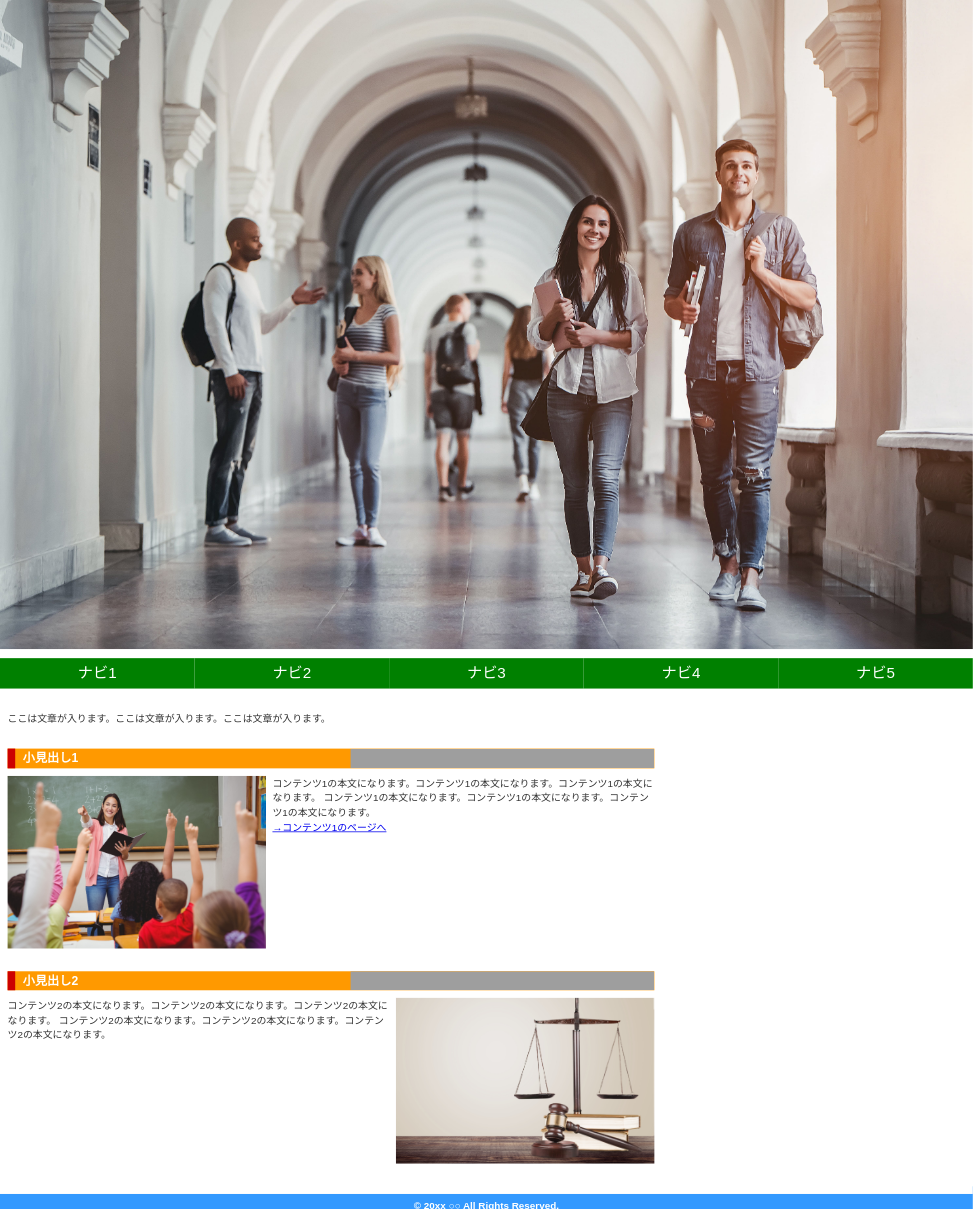
Repository: sevenseas777/samurai_HTML-CSS
Page: home.html
The author's editor kept a record of every edit. The page is drawn from the files as they stood at one moment, then again after the next edit.
The browser window is 1280 px wide. The pictures show the part of the page from y = 0 to 1591 px (the page is 1613 px tall before and 1914 px after), at 76% of full size.
Pictures or frames that could not be fetched are drawn as grey boxes.

Above is the page before.

### home.html
<!DOCTYPE html>
<html lang="ja">
    <head>
        <meta charset="UTF-8">
        <title>HTML/CSSの学習</title>
        <link rel="stylesheet" href="stylesheet.css">
    </head>
    <body>
        <div id="header">
            <h1><a href="index.html"><img id="corridor" src="images/corridor.jpg" alt="大学の廊下" /></a></h1>
        </div>
        <div id="wrapper">
            <div id="nav">
              <ul>
                <li><a href="home.html">ナビ1</a></li>
                <li><a href="#">ナビ2</a></li>
                <li><a href="#">ナビ3</a></li>
                <li><a href="#">ナビ4</a></li>
                <li><a href="#">ナビ5</a></li>
              </ul>
            </div>
            <div id="container">
              <div id="main">
                <div class="post">
                  <p>ここは文章が入ります。ここは文章が入ります。ここは文章が入ります。</p>
                  </div>
                  <div class="post clearfix">
                    <h2>小見出し1</h2>
                    <img class="left" src="images/classroom.jpg" alt="授業風景" />
                    <p>
                      コンテンツ1の本文になります。コンテンツ1の本文になります。コンテンツ1の本文になります。
                      コンテンツ1の本文になります。コンテンツ1の本文になります。コンテンツ1の本文になります。
                    </p>
                    <p><a href="#">→コンテンツ1のページへ</a></p>
                  </div>
                  <div class="post clearfix">
                    <h2>小見出し2</h2>
                    <img class="right" src="images/scale.jpg" alt="天秤" />
                    <p>
                      コンテンツ2の本文になります。コンテンツ2の本文になります。コンテンツ2の本文になります。
                      コンテンツ2の本文になります。コンテンツ2の本文になります。コンテンツ2の本文になります。
                    </p>
                  </div>

                  <p></p>
                </div>
              </div>
            </div></div>
        </div>
          <div id="footer">
            <p>&copy; 20xx ○○ All Rights Reserved.</p>
          </div>
    </body>
</html>

### stylesheet.css
@charset "utf-8";

body {
	margin: 0;
	padding: 0;
	font-family: "ヒラギノ角ゴ Pro W3", "Hiragino Kaku Gothic Pro", "メイリオ", Meiryo, Osaka, "ＭＳ Ｐゴシック", "MS PGothic", sans-serif;
	color: #333;
	font-size: 13px;
	line-height: 150%;
}

/* -------------------- wrapper -------------------- */
#wrapper {
	width: 100%;
	margin: auto;
	padding: 0px;
	border: 0px;
	background-color: #FFF;
	top: 10px;
	position: relative;
}

/* -------------------- header -------------------- */
 #header {
 	width: 100%;
}
 #header h1 {
 	 margin: 0;
	 padding: 0;
}

 #corridor {
	 width: 100%;
	 height: auto;
}
/* -------------------- footer -------------------- */
#footer {
	clear: both;
	width: 100%;
	padding: 3px 0;
	background: #39F;
	color: #FFF;
	font-weight: bold;
	text-align: center;
}
/* -------------------- nav -------------------- */
#nav {
  width: 100%;
}
#nav ul {
  display: flex;
  margin: 0;
  padding: 0;
  list-style-type: none;
}
#nav li {
/*  float: left;*/
  width: 20%;
  text-align: center;
}
#nav ul li a {
  display: block;
  height: 20px;
  margin: 0;
  padding: 10px;
  color: #FFF;
  font-size: 20px;
  text-decoration: none;
  background-color: green;
}

#nav ul li a:hover {
  filter: drop-shadow(10px 10px 10 px black);
}

/* -------------------- container -------------------- */
#container {
  width: 100%;
  margin: auto;
  padding: auto;
  padding-top: 20px;
  clear: both;
  display: grid;
  grid-template-columns:70vw 30vw;
}


/* -------------------- main -------------------- */
#main {
  width: 95%;
/*  float: lef\t;
  width: 60%; */
  padding: 10px 30px 10px 10px;
}
#main h2 {
  margin: 0 0 10px 0;
  padding: 3px 10px 3px 10px;
  color:#FFF;
  font-size: 16px;
  border-left: solid 10px #C00;
  background: #F90 url(../images/main_h2.jpg) right top repeat-y;
}
#main p {
  margin: 0;
  padding: 0;
}

#main .post {
  margin:0 0 30px 0;
}
#main .post img.right {
  margin :0 0 0 8px;
}
#main .post img.left {
  margin:0 8px 0 0;
}


.right {
  float: right;
  width: 40%;
  height: auto;
}
.left {
  float: left;
  width: 40%;
  height: auto;
}
/* -------------------- clearfix -------------------- */
.clearfix {
  zoom: 1;
}
.clearfix:after{
  content: "";
  display: block;
  clear: both;
}

/* -------------------- side -------------------- */
#side {
  width: 85%;
/*  float: right;
  width:30%;*/
  padding: 20px;
  background-color: #F99;
}
#side .box {
  margin: 0 auto 30px auto;
  padding: 0 0 20px 0;
  background: url(images/side_box.png) bottom no-repeat;
}
#side .box h2 {
  margin: 0;
  padding: 8px;
  text-align: center;
  color: #fff;
  font-size: 16px;
  line-height: 16px;
  font-weight: normal;
  background: url(images/side_box_h2.png) center no-repeat;
}
#side .box .boxBody {
  padding: 8px;
  border-right: solid 1px #C36;
  border-bottom: solid 1px #C36;
  border-left:  solid 1px #C36;
  background: #fff;
}
#side .box .boxBody ul {
  margin :0 0 16px 0;
  padding: 0;
}
#side .box .boxBody ul li {
  padding: 8px 0 8px 4px;
  list-style: none;
  border-bottom: solid 1px #C36;
}

#side .box .boxBody ul li:hober {
  padding: 8px 0 8px 4px;
  list-style: none;
  border-bottom: solid 1px #C36;
  box-shadow: 0px 4px 4px rgba(0, 0, 0, 0.3);
}

After the next edit:
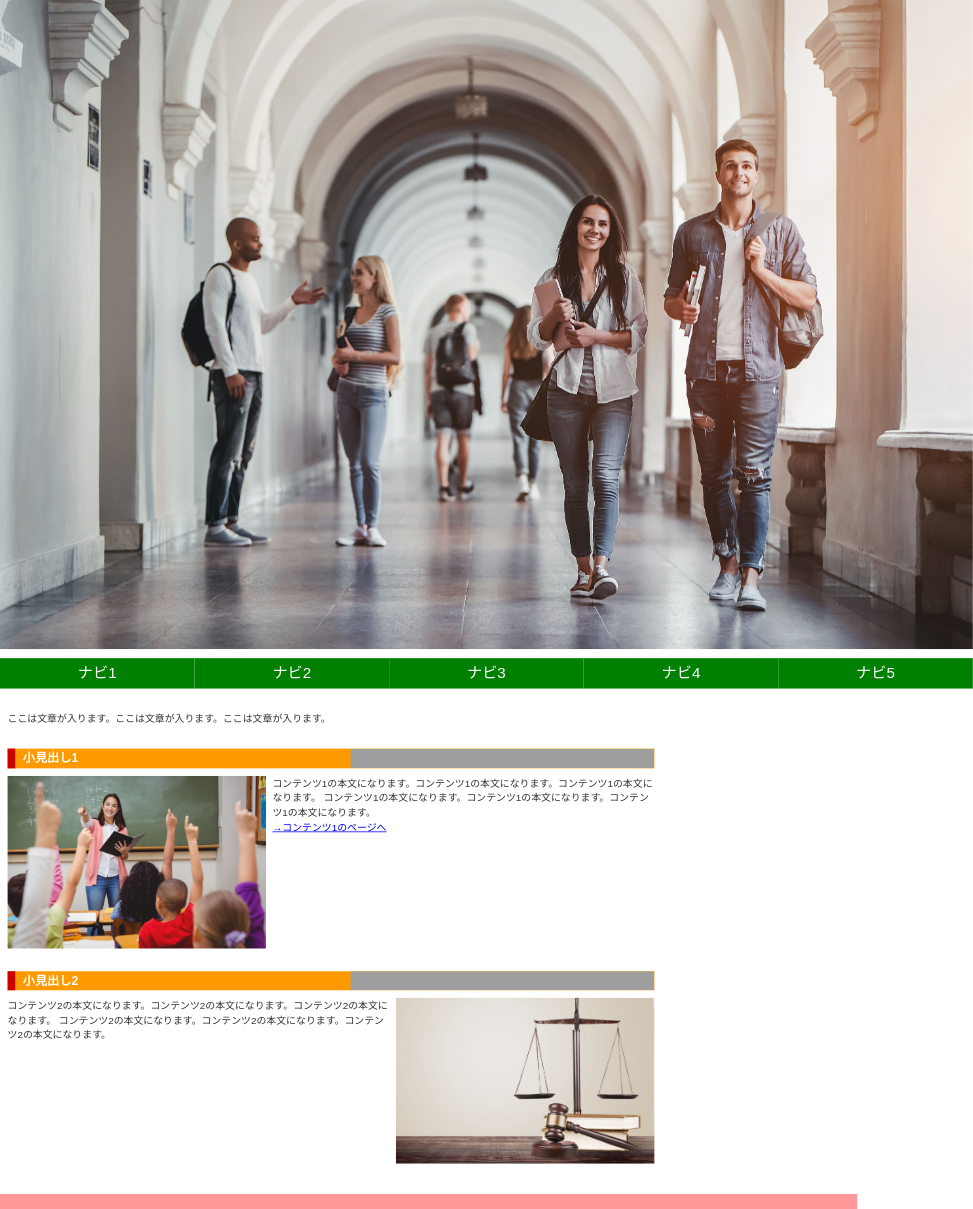
The edit:
--- a/home.html
+++ b/home.html
@@ -41,11 +41,21 @@
                       コンテンツ2の本文になります。コンテンツ2の本文になります。コンテンツ2の本文になります。
                     </p>
                   </div>
-
-                  <p></p>
                 </div>
               </div>
-            </div></div>
+                <div id="side">
+                  <div class="box">
+                    <h2>サイドメニュー</h2>
+                    <div class="boxBody">
+                      <ul>
+                        <li>項目1</li>
+                        <li>項目2</li>
+                        <li>項目3</li>
+                        <li>項目4</li>
+                      </ul>
+                    </div>
+                  </div>
+                </div>
         </div>
           <div id="footer">
             <p>&copy; 20xx ○○ All Rights Reserved.</p>
